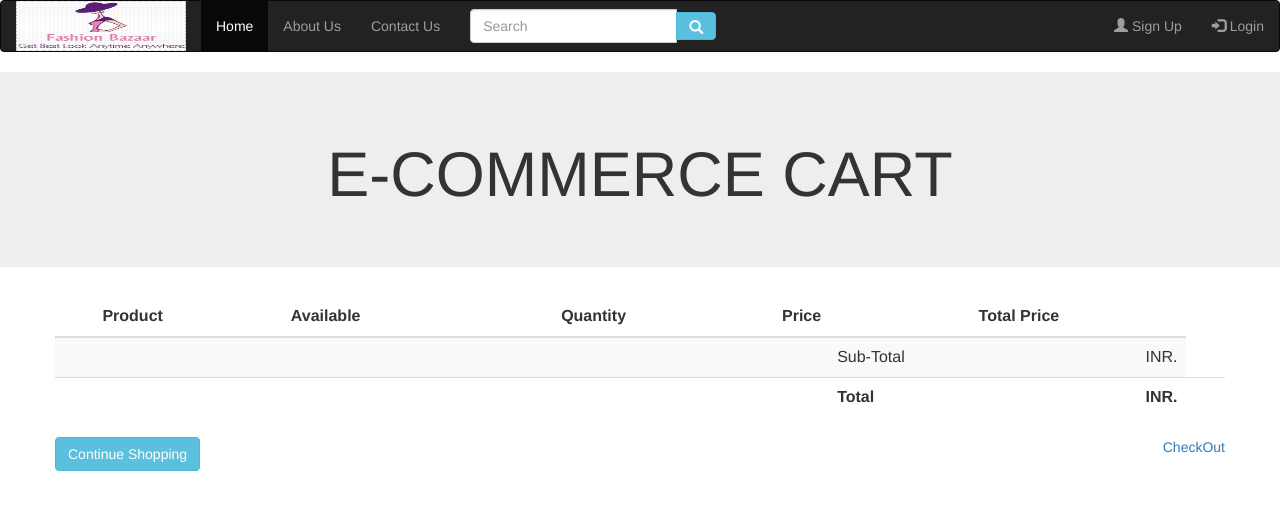
Repository: SmithaMendonca/Project-1
Page: http://localhost/FashionBazarFrontend/WEB-INF/views/Cart.jsp
An editor plug-in stored every save of this project. The page is shown before and after the next save, followed by the edit.
The browser window is 1280 px wide. The pictures show the whole page.
The page is served by Tomcat 9. Nobody is signed in. The template is opened directly, without the code that normally fills it, so the values that code supplies are empty.

Above is the page before, as saved 2019-06-07 05:43:25.

After the next save:
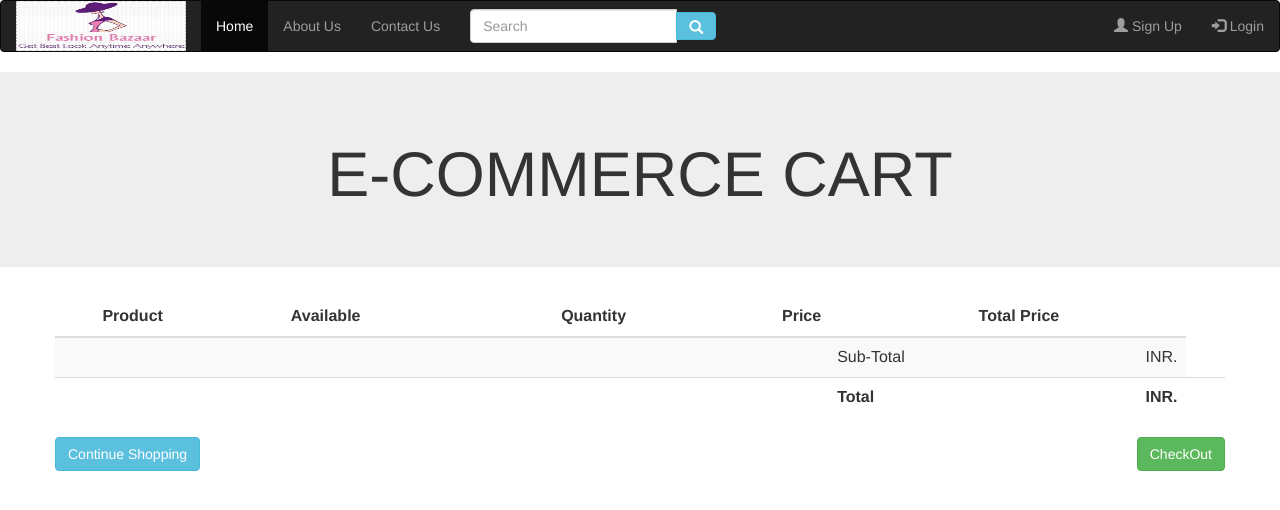
Saved 16 s later.
--- a/FashionBazarFrontend/src/main/webapp/WEB-INF/views/Cart.jsp
+++ b/FashionBazarFrontend/src/main/webapp/WEB-INF/views/Cart.jsp
@@ -68,7 +68,7 @@
                      <a href="<c:url value="/productPage"/>" class="btn btn-info">Continue Shopping</a>
                 </div>
                 <div class="col-sm-6  col-md-6 col-sm-6  text-right">
-                     <a href="<c:url value="/checkout"/>">CheckOut</a>
+                     <a href="<c:url value="/checkout"/>" class="btn btn-success">CheckOut</a>
                 </div>
             </div>
         </div>
